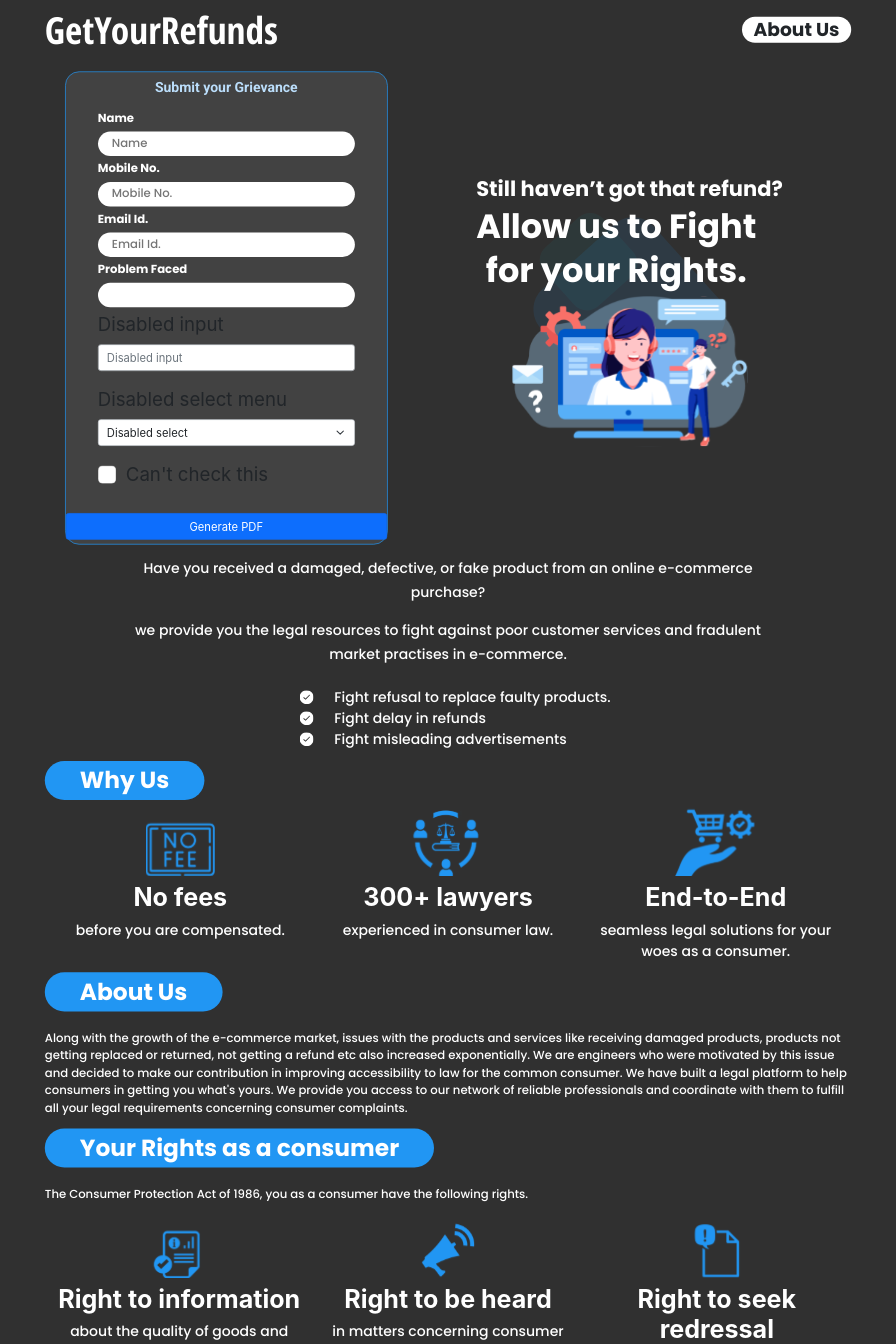
Repository: Eren00Yeager/initial-survey
Page: /consumer-complaints
An editor plug-in stored every save of this project. The page is shown before and after the next save, followed by the edit.
The browser window is 1280 px wide. The pictures show the part of the page from y = 0 to 1920 px (the page is 2897 px tall before and 2893 px after), at 70% of full size.
Some web fonts or font styles are not loaded; a fallback is used. The project was rebuilt for these pictures with package versions that can differ from the ones it lists, and the page was loaded fresh each time. The framework's server and built-in components were replaced by stand-ins that run in the browser. Also part of the build but not shown: next.config.js.

Above is the page before, as saved 2022-07-14 11:54:48.

After the next save:
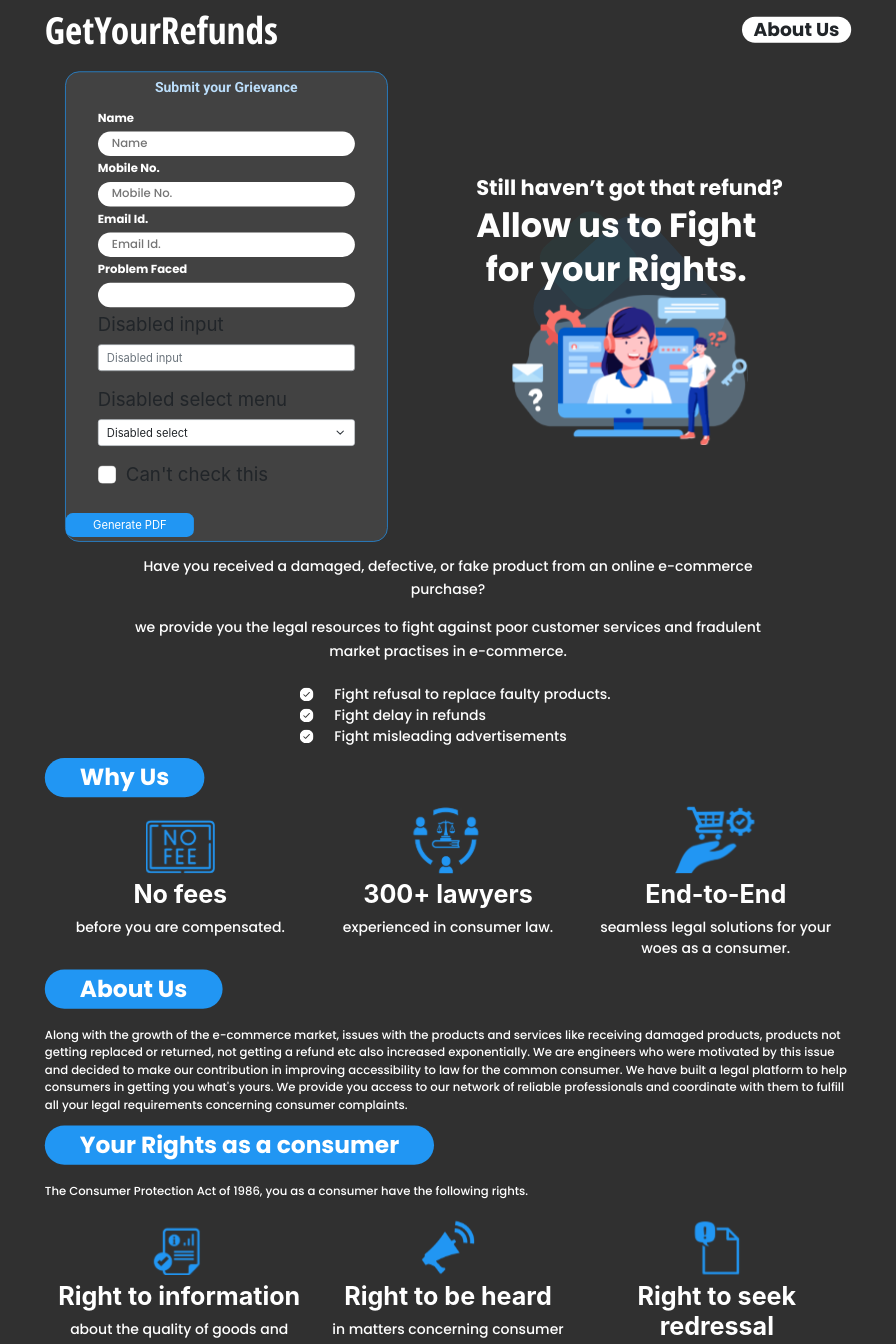
Saved 60 s later.
--- a/pages/consumer-complaints.jsx
+++ b/pages/consumer-complaints.jsx
@@ -156,7 +156,7 @@ export default function consumer() {
             {/* <div className={consumerStyles.terms}>
                 <input className={consumerStyles.sub} type="submit" value="SUBMIT"></input>
             </div> */}
-            <Button variant="primary" >
+            <Button variant="primary" className={consumerStyles.sub} >
             Generate PDF
             </Button>
 
